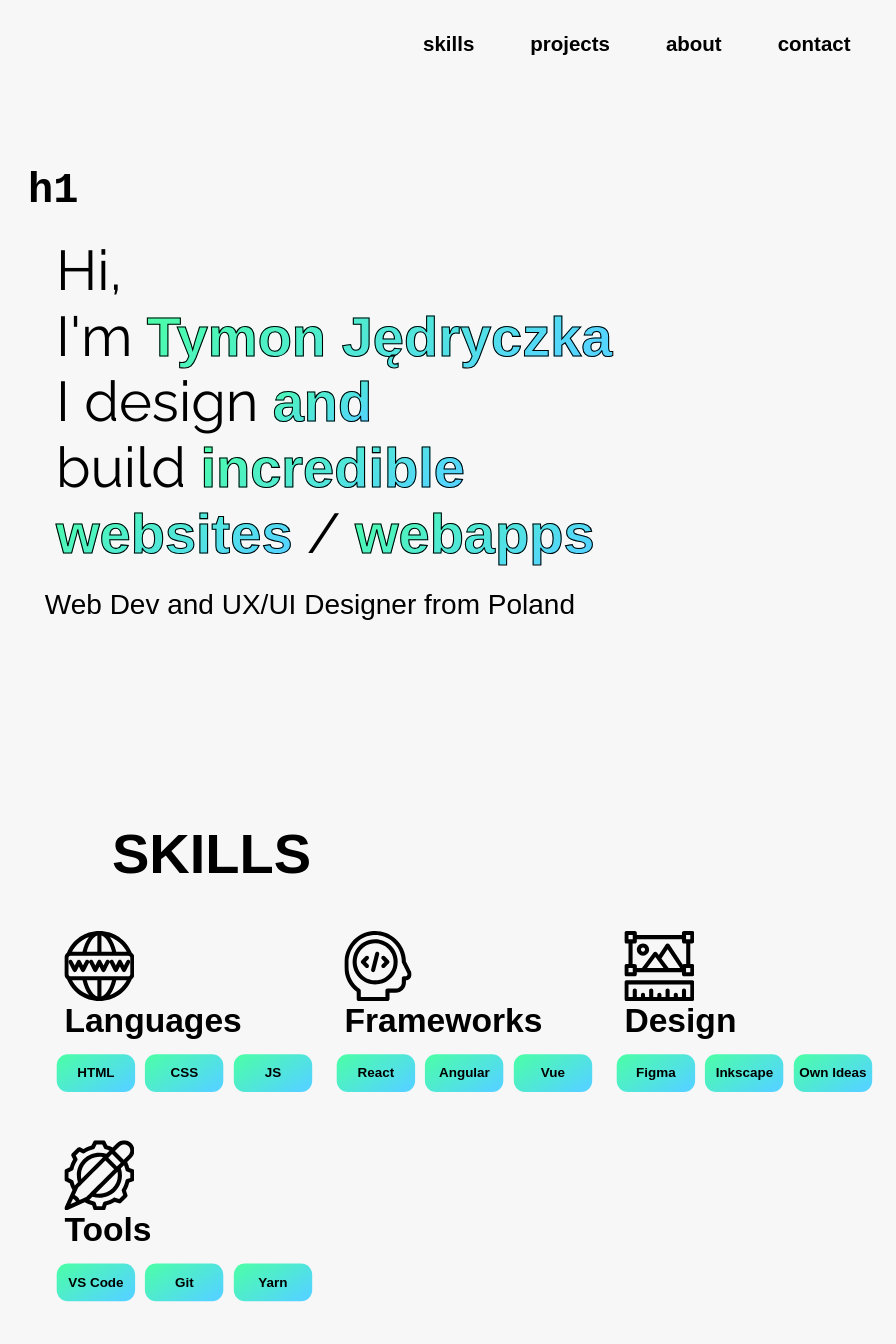
Repository: TeeJaysDev/Portfolio
Page: index.html
The author's editor kept a copy of each file at every save. The page is drawn from the files as they stood at one save, then again after the next save.
The browser window is 1280 px wide. The pictures show the part of the page from y = 0 to 1920 px (the page is 3339 px tall before and 3245 px after), at 70% of full size.
Some web libraries are served in a nearby version.

Above is the page before, as saved 2021-05-04 14:11:58.

### index.html
<!DOCTYPE html>
<html lang="en">
<head>
    <meta charset="UTF-8">
    <meta http-equiv="X-UA-Compatible" content="IE=edge">
    <meta name="viewport" content="width=device-width, initial-scale=1.0">
    <meta name="description" content="Author: Tymon 'TeeJay' Jędryczka, Purpose: It's just a portfolio, Technologies: HTML, CSS">
    <link rel="stylesheet" href="style.css">
    <script src="https://kit.fontawesome.com/97735ba04a.js" crossorigin="anonymous"></script>
    <title>Tymon Jędryczka | Portfolio</title>
</head>
<body>
    <nav>
        <a href="#skills"><h3>skills</h3></a>
        <a href="#projects"><h3>projects</h3></a>
        <a href="#about"><h3>about</h3></a>
        <a href="#contact"><h3>contact</h3></a>
    </nav>
    <header>
        <h2 class="welcome_part_h1">
            h1
        </h2>
        <h1 class="welcome_part">
            Hi, <br>
            I'm <strong>Tymon Jędryczka</strong><br>
            I design <strong>and</strong><br>
            build <strong>incredible</strong><br>
            <strong>websites</strong> / <strong>webapps</strong>
        </h1>
        <p class="welcome_part_p">
            Web Dev and UX/UI Designer from Poland
        </p>
    </header>
    <main>
        <h1>
            SKILLS
        </h1>
        <section id="skills">
            <div class="languages">
                <div class="box">
                    <div class="image_h2">
                        <img src="Images/svg/languages.svg" alt="Languages I use all the time">
                        <h2>Languages</h2>
                    </div>
                    <div class="text">
                        <ul>
                            <li>HTML</li>
                            <li>CSS</li>
                            <li>JS</li>
                        </ul>
                    </div>
                </div>
            </div>
            <div class="frameworks">
                <div class="box">
                    <div class="image_h2">
                        <img src="Images/svg/frameworks.svg" alt="Frameworks I often use">
                        <h2>Frameworks</h2>
                    </div>
                    <div class="text">
                        <ul>
                            <li>React</li>
                            <li>Angular</li>
                            <li>Vue</li>
                        </ul>
                    </div>
                </div>
            </div>
            <div class="design">
                <div class="box">
                    <div class="image_h2">
                        <img src="Images/svg/design.svg" alt="Tool I use to create beautiful designs">
                        <h2>Design</h2>
                    </div>
                    <div class="text">
                        <ul>
                            <li>Figma</li>
                            <li>Inkscape</li>
                            <li>Own Ideas</li>
                        </ul>
                    </div>
                </div>
            </div>
            <div class="tools">
                <div class="box">
                    <div class="image_h2">
                        <img src="Images/svg/tools.svg" alt="Other tools I use to improve code performance and designs">
                        <h2>Tools</h2>
                    </div>
                    <div class="text">
                        <ul>
                            <li>VS Code</li>
                            <li>Git</li>
                            <li>Yarn</li>
                        </ul>
                    </div>
                </div>
            </div>
        </section>
        <section id="projects">
            <h1>
                PROJECTS
            </h1>
        </section>
        <section id="about">
            <h1>
                ABOUT
            </h1>
            <h2>
                Who am I?
            </h2>
            <p>
                My name is Tymon 'TeeJay' Jędryczka. I come from Leszno in Poland and programming is either my work and hobby.
                <br><br>
                My first contact with Web- and Front-End Development was in the last class of Primary School. In IT classes we had to make a simple website (text, photos, table - nothing special). And I loved it. I started thinking of becoming a full-time web dev.
                <!-- <br><br> I am also a self-taught dev and with CodeCademy and YouTube I get knowledge of HTML5, CSS3, JS, and its frameworks (React, Angular, Vue). I call myself a 2-in-1 developer 'cause I design things (usually in Figma) and then make them real by writing some code. -->
                <br><br>
                So if you are looking for somebody to hire who is punctual, reliable, has a great deal of knowledge and even though, still want to learn new, useful technologies, my answer is "HERE I AM".
            </p>
        </section>
        <section id="contact">
            <h1>
                CONTACT
            </h1>
        </section>
    </main>
    <footer>
        <h2>2021 &copy; Tymon 'TeeJay' Jędryczka</h2>
        <ul>
            <li><a href="https://facebook.com/tymonjedr/" aria-label="Facebook" target="_blank" rel="noopener"><i class="fab fa-facebook"></i></a></li>
            <li><a href="https://linkedin.com/in/tymon-jedryczka/" aria-label="LinkedIn" target="_blank" rel="noopener"><i class="fab fa-linkedin"></i></a></li>
            <li><a href="https://github.com/TeeJaysDev" aria-label="GitHub" target="_blank" rel="noopener"><i class="fab fa-github"></i></a></li>
            <li><a href="https://stackoverflow.com/users/15029595/teejaysdev" aria-label="StackOverflow" target="_blank" rel="noopener"><i class="fab fa-stack-overflow"></i></a></li>
            <li><a href="https://codecademy.com/profiles/TeeJaysDev" target=”_blank” rel="noopener"><img src="Images/svg/codecademy.svg" alt=""></a></li>
        </ul>
    </footer>
</body>
</html>

### style.css
@import url('https://fonts.googleapis.com/css2?family=Raleway&display=swap');

* {
    margin: 0;
    padding: 0;
    font-family: sans-serif;
    text-decoration: none;
}

body {
    background-color: #F7F7F7;
}

nav {
    display: flex;
    justify-content: flex-end;
}

nav a {
    color: #000000;
    padding: 0.938rem;
    margin-top: 2rem;
    margin-right: 3.125rem;
    font-size: 1.563rem;
}

header h1 strong {
    background-image: linear-gradient(147deg, #4bffa5, #54d4ff 90%);
    background-size: 100%;
    background-repeat: repeat;
    background-clip: text;
    -webkit-background-clip: text;
    -webkit-text-fill-color: transparent;
    -moz-background-clip: text;
    -moz-text-fill-color: transparent;
    -webkit-text-stroke: 1.5px black;
}

.welcome_part_h1 {
    font-family: monospace;
    font-size: 3.75rem;
    margin-top: 9rem;
    margin-left: 2.5rem;
    margin-bottom: 0rem;
}

.welcome_part {
    margin-top: 2rem;
    margin-left: 5rem;
    margin-bottom: 2rem;
    font-family: Raleway;
    font-weight: lighter;
    font-size: 5rem;
    min-width: 18ch;
}

.welcome_part_p {
    margin-bottom: 18rem;
    margin-left: 4rem;
    font-size: 2.5rem;
}

.box .image_h2 {
    justify-items: center;
}

.image_h2 img {
    width: 100px;
    height: 100px;
}

#skills {
    display: grid;
    justify-content: center;
    grid-template-columns: repeat(auto-fit, 400px);
    margin-left: 4.5rem;
}

main h1 {
    font-size: 5rem;
    margin-left: 10rem;
    margin-top: 10rem;
}

.image_h2 {
    display: flex;
    flex-wrap: wrap;
    margin: 4rem 20rem 1rem 1rem;
    font-size: 2rem;
}

.text {
    display: flex;
    flex-wrap: wrap;
}

.text ul li {
    list-style: none;
    margin: 1rem;
    color: #000000;
    font-weight: bold;
    font-size: 1.2rem;
    text-align: center;
    align-items: center;
    border-radius: 1rem;
    margin: 0.3125rem 0.3125rem;
    display: inline-block;
    width: 7rem;
    background-image: linear-gradient(147deg, #4bffa5, #54d4ff 90%);
    padding-top: 1rem;
    padding-bottom: 1rem;
}

#projects h1 {
    margin-top: 10rem;
}

#about {
    background-color: #232429;
    height: 600px;
    width: 100%;
    color: #F7F7F7;
}

#about h2 {
    margin-left: 5rem;
    margin-top: 7rem;
}

#about p {
    font-size: 1.25rem;
    max-width: 60ch;
    margin-left: 8rem;
    margin-bottom: 5rem;
    margin-top: 2rem;
}

footer, footer h2 {
    color: #C5C4C6;
    background-color: #232429;
    font-family: Arial, Helvetica, sans-serif;
    font-size: 0.938rem;
    font-weight: lighter;
    text-align: center;
    z-index: -1;
    padding-top: 1.875rem;
    padding-bottom: 3.125rem;
}

footer ul li{
    margin-right: 1.5rem;
    display: inline;
}

footer .fab {
    color: #50E8D5;
    font-size: 2rem;
}

footer img{
    width: 2.2rem;
}

body .error {
    text-align: center;
}

.error p {
    font-family: Quicksand;
    font-weight: 700;
    color: #000000;
    font-size: 20rem;
    margin-top: 5rem;
}

.error button a {
    text-decoration: none;
    text-align: center;
    color: #000000;
    font-size: 2rem;
    padding: 3rem;
}

.error .mainError {
    display: flex;
    text-align: center;
    margin-left: 40rem;
    margin-right: auto;
}

.error img {
    width: 250px;
}

.error button {
    margin-top: 10rem;
}
/* Smartphone (portrait) --- */

@media only screen
and (max-width: 767px) {

    nav {
        display: flex;
        justify-content: flex-end;
        margin-right: 1rem;
        margin-top: 0rem;
    }

    nav a {
        padding: 0.938rem;
        margin-top: 2rem;
        margin-right: -1rem;
        font-size: 1rem;
    }

    .welcome_part_h1 {
        font-family: monospace;
        font-size: 1.875rem;
        margin-top: 9rem;
        margin-left: 1rem;
    }

    .welcome_part {
        margin-top: 1rem;
        margin-left: 2rem;
        margin-bottom: 2rem;
        font-size: 2.5rem;
        min-width: 18ch;
    }

    .welcome_part_p {
        margin-bottom: 10rem;
        margin-left: 2rem;
        font-size: 1.25rem;
    }

    main h1 {
        margin-left: 3rem;
        font-size: 4rem;
    }

    #about p {
        font-size: 1.25rem;
        max-width: 35ch;
        margin-left: 2rem;
        margin-bottom: 5rem;
    }

    #about h2 {
        margin-left: 2rem;
        margin-top: 5rem;
    }

    footer, footer h4 {
        padding-top: 1.875rem;
        padding-bottom: 3.125rem;
        width: 100%;
    }

    footer li{
        display: inline;
    }
}



@media only screen
and (min-width: 768px)
and (max-width: 1024px)
and (orientation: portrait) {

    * {
        margin: 0;
        padding: 0;
        font-family: sans-serif;
        text-decoration: none;
    }

    body {
        background-color: #F7F7F7;
    }

    nav {
        display: flex;
        justify-content: flex-end;
        margin-right: 0rem;
        margin-top: 0rem;
    }

    nav a {
        color: #000000;
        padding: 0.938rem;
        margin-top: 2rem;
        margin-right: 3.125rem;
        font-size: 1.563rem;
    }

    .welcome_part_h1 {
        font-family: monospace;
        font-size: 3.75rem;
        margin-top: 13rem;
        margin-left: 2.5rem;
        margin-bottom: 0rem;
    }

    .welcome_part {
        margin-top: 2rem;
        margin-left: 5rem;
        margin-bottom: 2rem;
        font-family: Raleway;
        font-weight: lighter;
        font-size: 3.9rem;
        min-width: 18ch;
    }

    .welcome_part_p {
        margin-bottom: 20rem;
        margin-left: 4rem;
    }

    #about p {
        font-size: 1.25rem;
        max-width: 45ch;
        margin-left: 8rem;
        margin-bottom: 5rem;
    }

    #about h2 {
        margin-left: 5rem;
        margin-top: 5rem;
    }

    #projects h1 {
        width: 15%;
        margin-top: 3rem;
    }

    #about h1 {
        width: 15%;
    }

    #contact h1 {
        width: 17%;
    }

    footer, footer h4 {
        color: #C5C4C6;
        background-color: #232429;
        font-family: Arial, Helvetica, sans-serif;
        font-size: 0.938rem;
        font-weight: lighter;
        text-align: center;
        z-index: -1;
        width: 100%;
        padding-top: 1.875rem;
        padding-bottom: 3.125rem;
    }

    body .error {
        text-align: center;
    }

    .error p {
        font-family: Quicksand;
        font-weight: 700;
        color: #000000;
        font-size: 20rem;
        margin-top: 5rem;
    }

    .error button a {
        text-decoration: none;
        text-align: center;
        color: #000000;
        font-size: 2rem;
        padding: 3rem;
    }

    .error .mainError {
        display: flex;
        text-align: center;
        margin-left: 40rem;
        margin-right: auto;
    }

    .error img {
        width: 250px;
    }

    .error button {
        margin-top: 10rem;
    }
}

@media only screen
and (min-width: 953)
and (max-width: 1230) {
     p {
        margin-left: 1rem;
    }
}

@media only screen
and (min-width: 550px)
and (max-width: 700px) {
    .welcome_part_h1 {
        font-family: monospace;
        font-size: 3.75rem;
        margin-top: 13rem;
        margin-left: 2.5rem;
        margin-bottom: 0rem;
    }

    .welcome_part {
        margin-top: 2rem;
        margin-left: 5rem;
        margin-bottom: 2rem;
        font-size: 2.6rem;
    }

    .welcome_part_p {
        margin-bottom: 20rem;
        margin-left: 4rem;
    }
}

@media only screen
and (min-width: 1920px) {
    .welcome_part_h1 {
        font-family: monospace;
        font-size: 3.75rem;
        margin-top: 13rem;
        margin-left: 2.5rem;
        margin-bottom: 0rem;
    }

    .welcome_part {
        margin-top: 2rem;
        margin-left: 5rem;
        margin-bottom: 2rem;
        font-size: 5rem;
    }

    .welcome_part_p {
        margin-bottom: 20rem;
        margin-left: 4rem;
        font-size: 2.5rem;
    }
}

@media only screen
and (max-width: 950) {

}

After the next save:
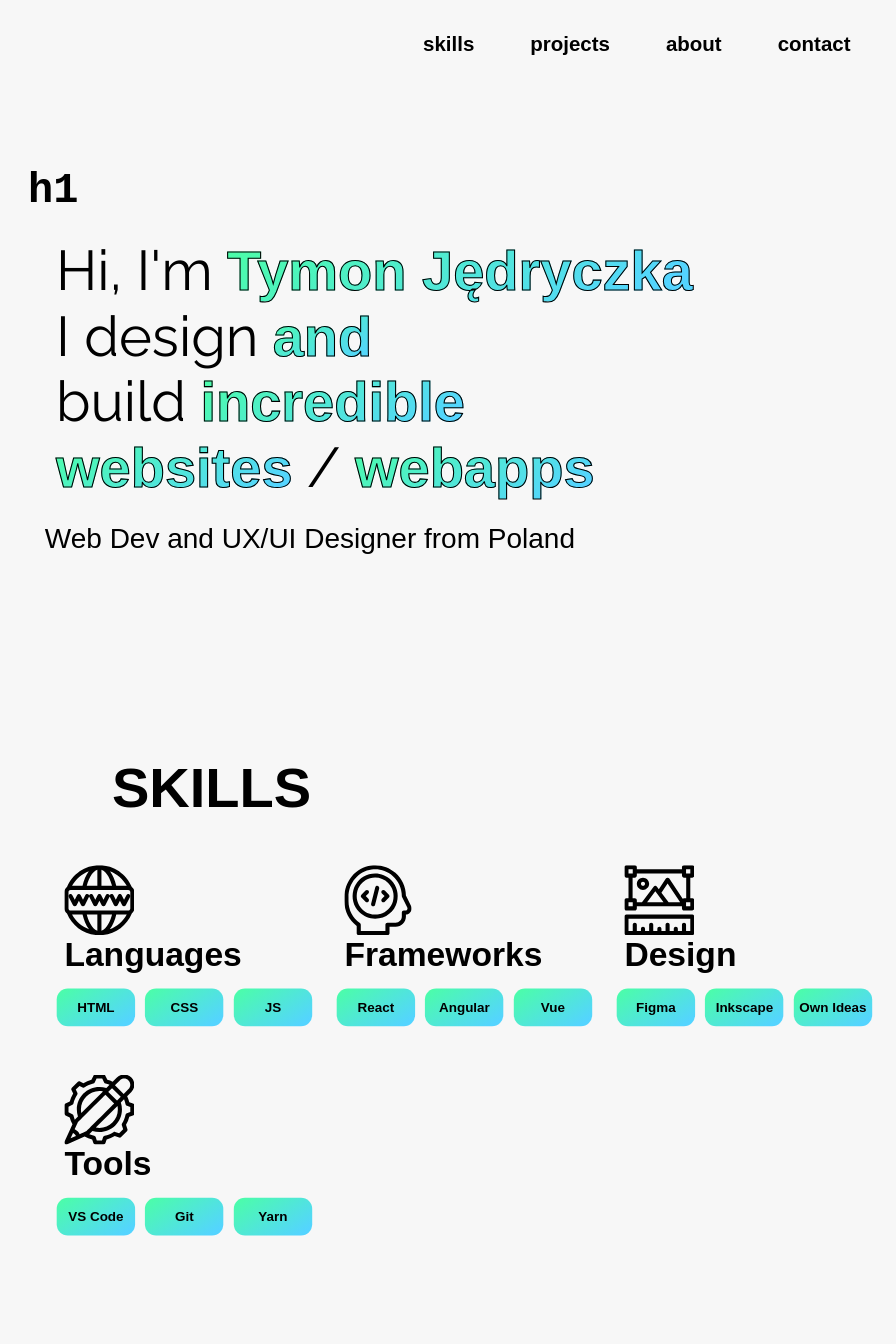
Saved 82 s later.
--- a/index.html
+++ b/index.html
@@ -21,7 +21,7 @@
             h1
         </h2>
         <h1 class="welcome_part">
-            Hi, <br>
+            Hi,
             I'm <strong>Tymon Jędryczka</strong><br>
             I design <strong>and</strong><br>
             build <strong>incredible</strong><br>

After the 5 saves that followed:
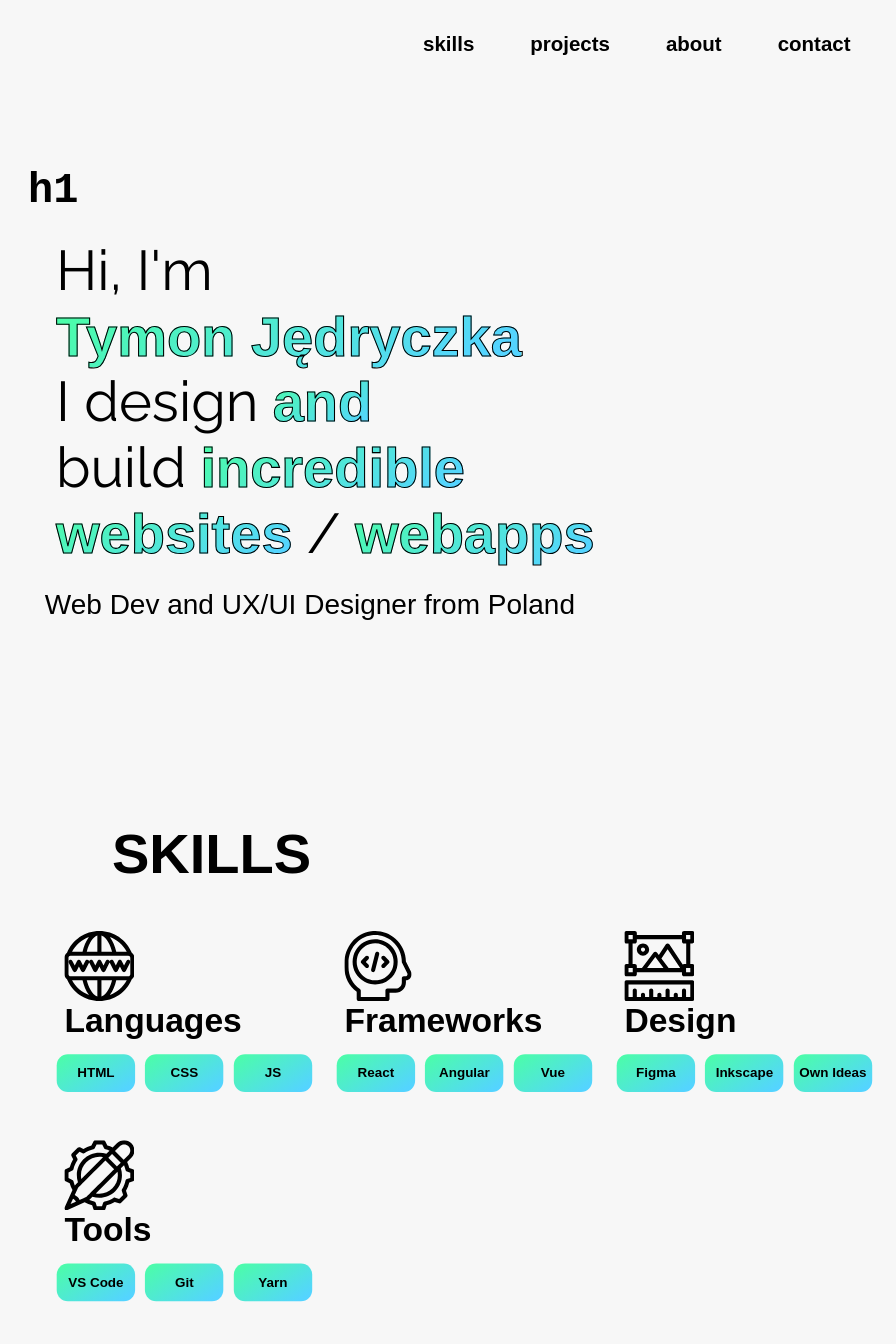
The 5 saves are shown as one change because 1 left the picture as it was and some came seconds apart.
The last was saved 31 s later.
--- a/index.html
+++ b/index.html
@@ -21,8 +21,8 @@
             h1
         </h2>
         <h1 class="welcome_part">
-            Hi,
-            I'm <strong>Tymon Jędryczka</strong><br>
+            Hi, I'm<br>
+            <strong>Tymon Jędryczka</strong><br>
             I design <strong>and</strong><br>
             build <strong>incredible</strong><br>
             <strong>websites</strong> / <strong>webapps</strong>
